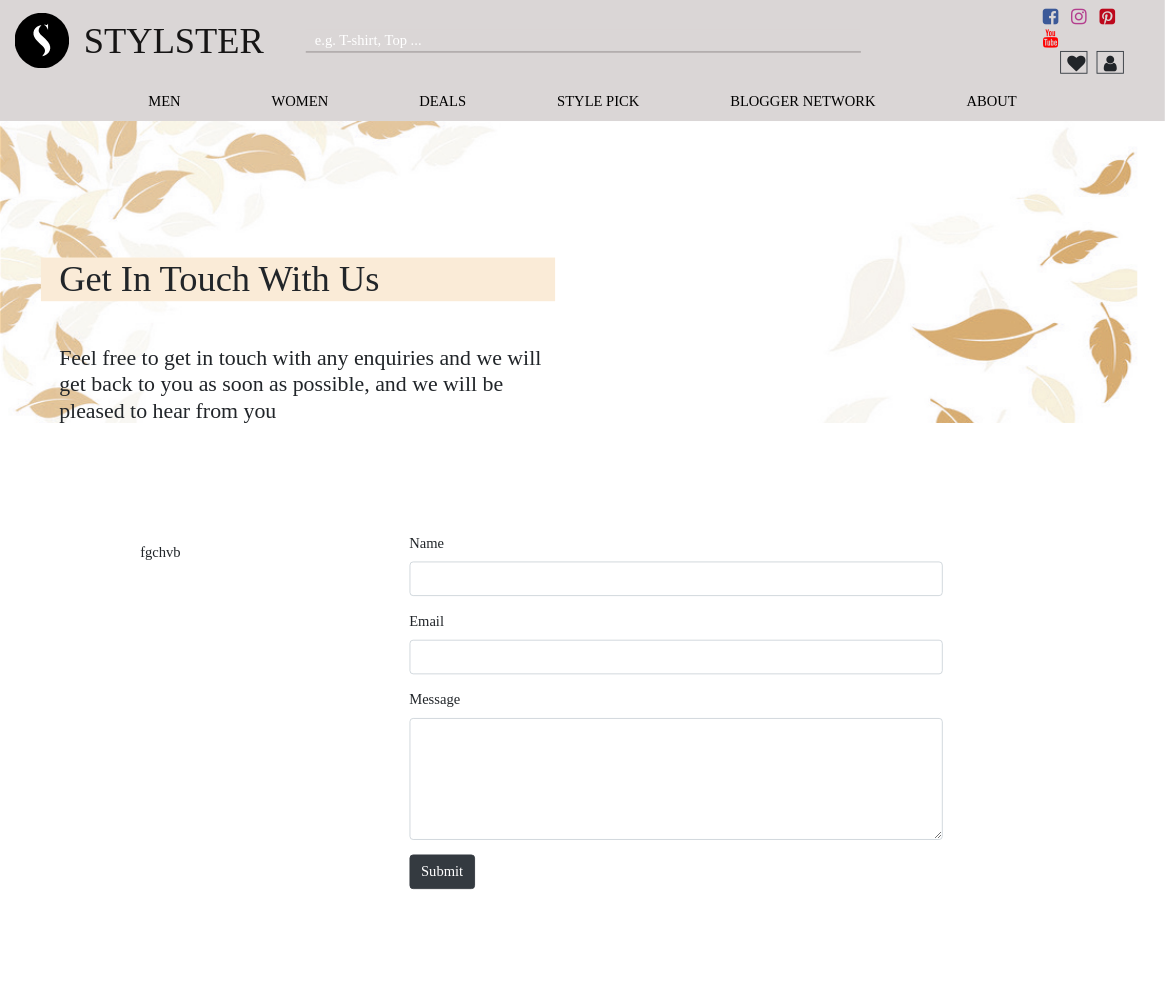
Repository: Lovekr/stylester
Page: stylster_frontend_design/contact.html
An editor plug-in stored every save of this project. The page is shown before and after the next save, followed by the edit.
The browser window is 1280 px wide. The pictures show the part of the page from y = 0 to 1107 px (the page is 1689 px tall), at 91% of full size.
A picture or video elsewhere on the page could not be fetched, so the positions and the page height are approximate. Some web fonts or font styles are not loaded; a fallback is used.

Above is the page before, as saved 2020-02-26 18:34:17.

### stylster_frontend_design/contact.html
<!DOCTYPE html>
<html lang="en">
<head>
    <meta charset="UTF-8">
    <meta name="viewport" content="width=device-width, initial-scale=1.0">
    <link rel="stylesheet" href="https://stackpath.bootstrapcdn.com/bootstrap/4.4.1/css/bootstrap.min.css" >
     <link rel="stylesheet" href="./css/owl.carousel.css">
     <link rel="stylesheet" href="./css//owl.theme.default.min.css">
     <link rel="stylesheet" href="https://cdnjs.cloudflare.com/ajax/libs/font-awesome/4.7.0/css/font-awesome.min.css">
    <link rel="stylesheet" href="./css/contact.css">
    <title>STYLSTER</title>
</head>
<body>



    <div id="navbar">
        <nav class="navbar navbar-expand-lg navbar-light">
            <img class="pr-3"  src="./asset/stylster logo1-01.svg"><a class="navbar-brand" href="#">STYLSTER</a>

          <button class="navbar-toggler" type="button" data-toggle="collapse" data-target="#navbarSupportedContent" aria-controls="navbarSupportedContent" aria-expanded="false" aria-label="Toggle navigation">
            <span class="navbar-toggler-icon"></span>
        </button>
            <div class="collapse navbar-collapse" id="navbarSupportedContent">
              <input type="text" placeholder="e.g. T-shirt, Top ...">
              <div class="navbar-manu-inside">
                <a href="#">MEN</a>
                <a href="#">WOMEN</a>
                <a href="#">DEALS</a>
                <a href="#">STYLE PICK</a>
                <a href="#">BLOGGER NETWORK</a>
                <a href="#">ABOUT</a>
              </div>
              <div class="displaynone1000">
                <div>
                    <i class="fa fa-facebook-square"></i>
                    <i class="fa fa-instagram"></i>
                    <i class="fa fa-pinterest-square"></i>
                    <i class="fa fa-youtube"></i>
                  </div>
                  <div class="flexIcon">
                    <i class="fa fa-heart border border-dark"></i>
                    <i class="fa fa-user border border-dark"></i>
                  </div>
              </div>
            </div>

        </nav>
        <div class="navbar-manu">
          <a href="#">MEN</a>
          <a href="#">WOMEN</a>
          <a href="#">DEALS</a>
          <a href="#">STYLE PICK</a>
          <a href="#">BLOGGER NETWORK</a>
          <a href="#">ABOUT</a>
        </div>
    </div>





    <div class="container-fluid contactUs">
       <div class="row backgroundimg">
           <div class="col-md-6 col-sm-12">
                <div class="Touch">
                    <div class="bgpinK">
                        <h1 class=" my-5">Get In Touch With Us</h1>
                    </div>
                    <h4>Feel free to get in touch with any enquiries and we will get back to you as soon as possible, and we will be pleased to hear from you</h4>
                </div>
            </div>
       </div>
       <div class="row px-4">
           <div class="col-md-4 col-sm-12 pad-30">
             fgchvb
           </div>
           <div class="col-md-6 col-sm-12">
            <form>
                <div class="form-group">
                  <label for="exampleInputEmail1">Name</label>
                  <input type="email" class="form-control" id="exampleInputEmail1" aria-describedby="emailHelp" placeholder="Name">

                </div>
                <div class="form-group">
                  <label for="exampleInputPassword1">Email</label>
                  <input type="password" class="form-control" id="exampleInputPassword1" placeholder="Email">
                </div>
                <div class="form-group">
                    <label for="exampleFormControlTextarea1">Message</label>
                    <textarea class="form-control" id="exampleFormControlTextarea1" rows="5"></textarea>
                  </div>

                <button type="submit" class="btn btn-dark">Submit</button>
              </form>
           </div>
       </div>
    </div>

    <div id="Social" class="container">
        <div class="row">

                    <div class="col-md-4 col-sm-12">
                        <img class="img-fluid" src="https://images.unsplash.com/photo-1505156868547-9b49f4df4e04?ixlib=rb-1.2.1&ixid=eyJhcHBfaWQiOjEyMDd9&auto=format&fit=crop&w=359&q=80">
                    </div>
                    <div class="col-md-6 col-sm-12">
                        <div class="Touch">
                            <div class="bgpinK">
                                <h1 class=" my-3 text-center">Our Socials</h1>

                            </div>
                            <hr>
                            <h5>Feel free to get in touch with any enquiries and we will get back to you as soon as possible, and we will be pleased to hear from you</h4>

                            <h5>Feel free to get in touch with any enquiries and we will get back to you as soon as possible, and we will be pleased to hear from you</h4>

                            <h5>Feel free to get in touch with any enquiries and we will get back to you as soon as possible, and we will be pleased to hear from you</h5>

                        </div>
                        <div class="socialIcon text-center">
                            <h4>Follow Us</h4>

                           <div class="mt-4">
                            <a href="#"><i class="fa fa-facebook-square fa-2x pr-2"></i></a>
                            <a href="#"><i class="fa fa-instagram fa-2x pr-2"></i></a>
                            <a href="#"><i class="fa fa-pinterest-p fa-2x"></i></a>
                            <a href="#"><i class="fa fa-youtube fa-2x "></i></a>

                           </div>
                        </div>
                    </div>

        </div>
    </div>


    <br>
    <br>
    <br>
    <br>

    <br>
    <br>






    <script src="https://code.jquery.com/jquery-3.4.1.slim.min.js" ></script>
    <script src="https://cdn.jsdelivr.net/npm/popper.js@1.16.0/dist/umd/popper.min.js" ></script>
    <script src="https://stackpath.bootstrapcdn.com/bootstrap/4.4.1/js/bootstrap.min.js" ></script>
</body>
</html>

### stylster_frontend_design/css/contact.css
@import url('https://fonts.googleapis.com/css?family=Allerta+Stencil&display=swap');
html *
{
    font-family: 'Allerta Stencil';

}
*{
    margin: 0;
    padding: 0;
}
h1,h2,h3,h4,h5,h6,p{
    padding: 0px;
    margin: 0px;
}


/* navbar */

.hrcolor{
    color: black;
}


#navbar{
    background-color: rgb(218, 214, 214) !important;
}
#navbar .navbar-brand{
    font-size: 40px;
    font-weight: 500;
}
#navbar i{
    margin-right: 10px;
    font-size: 20px;
}

#navbar .nav-link{
    color: black;
    margin:0px 20px 0px 20px;
    text-decoration: underline;
    font-weight: 500;
}

.fa-facebook-square {
    color: #3b5998;
  }
.fa-instagram {
    color: #B43E8E;
}
.fa-pinterest-square {
    color: #bd081c;
}
.fa-pinterest-p {
    color: #bd081c;
}
.fa-youtube {
      color: #FF0000;
}
.fa-twitter-square {
    color: #1da1f2;
}

.flexIcon{
    display: flex;
    justify-content: center;
    width: 100%;
}
.flexIcon i{

   width: 30px;
   padding: 3px  7px;
   height: 25px;
}

#navbar input{
    width: 65%;
    margin:auto 200px auto 30px;
     outline: 0;
    border-width: 0 0 2px;
    border-color: rgb(179, 174, 174);
    background-color: rgb(218, 214, 214) !important;
}
::placeholder {
    color:white !important;
}
#navbar input:focus {
    border-color: black
  }
  #navbar input::placeholder{
      padding-left: 10px;
  }

.navbar-manu{
    display: flex;
    justify-content: center;
}
.navbar-manu a{
    margin: 10px 50px;
}
.navbar-manu a{
    color: black !important;
   font-weight: 500;
}
.navbar-manu a:hover{
    text-decoration: underline;
}
@media only screen and (min-width: 1000px){
    .navbar-manu-inside{
        display: none;
    }
}

@media only screen and (max-width: 1000px){
    .displaynone1000{
        display: none;
    }
    .navbar-manu{
        display: none;

    }

    .navbar-manu-inside {
        display: flex;
        flex-direction: column;
        margin: 20px 0px 20px 30px;
        padding: 20px 0px;
    }

    .navbar-manu-inside a{
            margin: 10px 0px;
            color: black !important;
            font-weight: 500;
    }

}
@media only screen and (max-width: 1024px){
    #navbar input {
    width: 50%;
    }
    .navbar-manu a {
        margin: 10px 20px;
    }
}

@media only screen and (max-width: 770px){
    #navbar input {
        width: 70%;
    }
}

@media only screen and (max-width: 450px){
    #navbar input {
        width: 100%;
        margin:auto;
        margin-top: 15px;
    }
}













@media only screen and (max-width: 500px){
   .bgpinK h1{
    font-size: 30px;
}


}
.backgroundimg {
    background: url("../asset/brown\ leaf-01.svg");
    background-size: cover;
    width: 100%;
}
.pad-30 {
    padding: 130px;
}
  .contactUs .Touch{
    margin-top: 150px ;
    padding-left: 30px;

  }

  .contactUs .Touch .bgpinK{
      background-color: antiquewhite;
  }

  .contactUs .Touch h1, .contactUs .Touch h4{
      padding-left: 20px;
  }
  form{
      margin-top: 120px;
  }
  #Social{
      margin-top: 150px;
  }
  #Social h5{
      padding-bottom: 30px;
  }
.Touch .bgpinK{
    background-color: antiquewhite;
}



.line11{
    border-bottom: 2px solid black;
    align-items: right;
    width: 700px;
    margin-top: -20px;
}

Loaded but not shown: stylster_frontend_design/css/owl.carousel.css (library); stylster_frontend_design/css/owl.theme.default.min.css (common file)

After the next save:
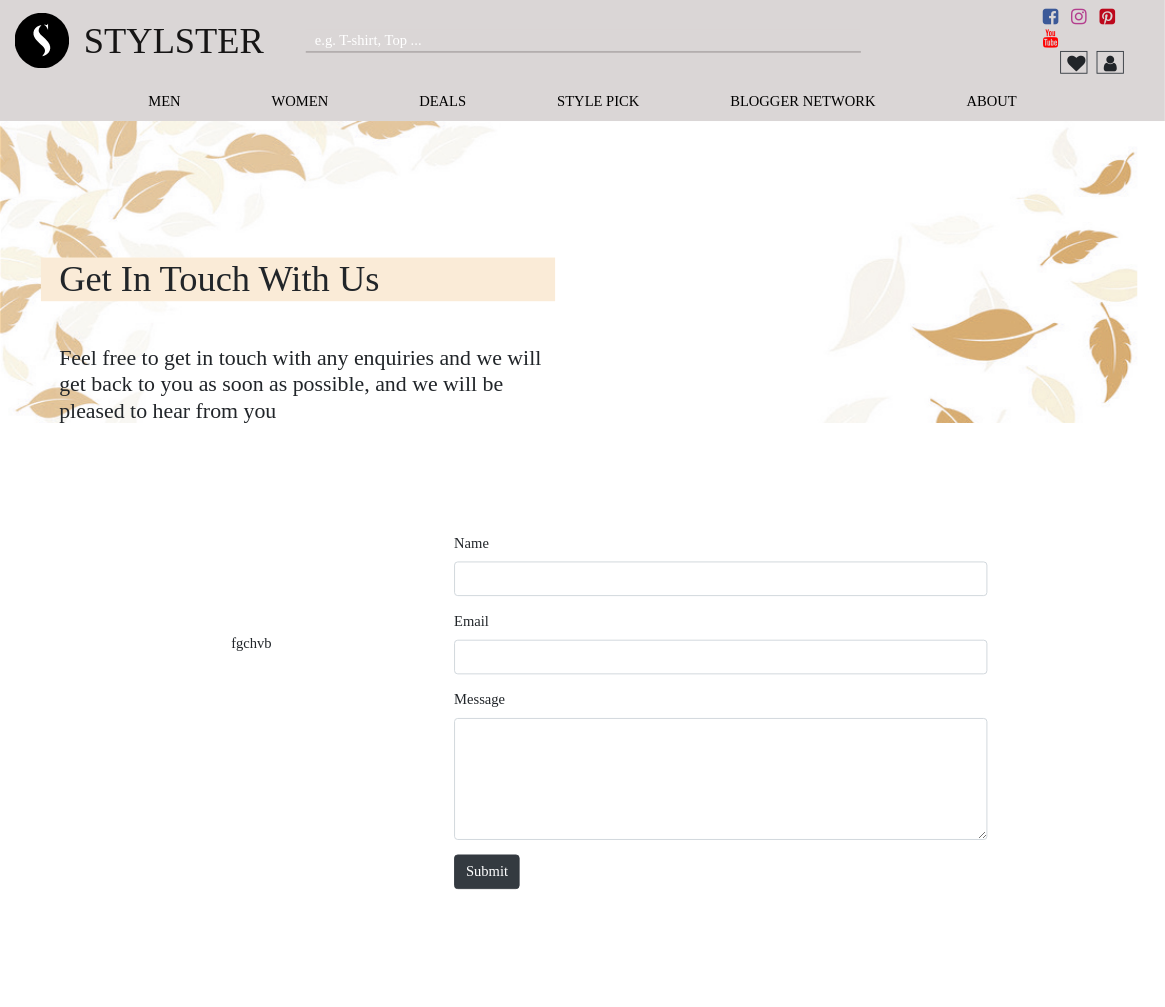
Saved 8 s later.
--- a/stylster_frontend_design/css/contact.css
+++ b/stylster_frontend_design/css/contact.css
@@ -180,7 +180,7 @@ h1,h2,h3,h4,h5,h6,p{
     width: 100%;
 }
 .pad-30 {
-    padding: 130px;
+    padding: 230px;
 }
   .contactUs .Touch{
     margin-top: 150px ;
